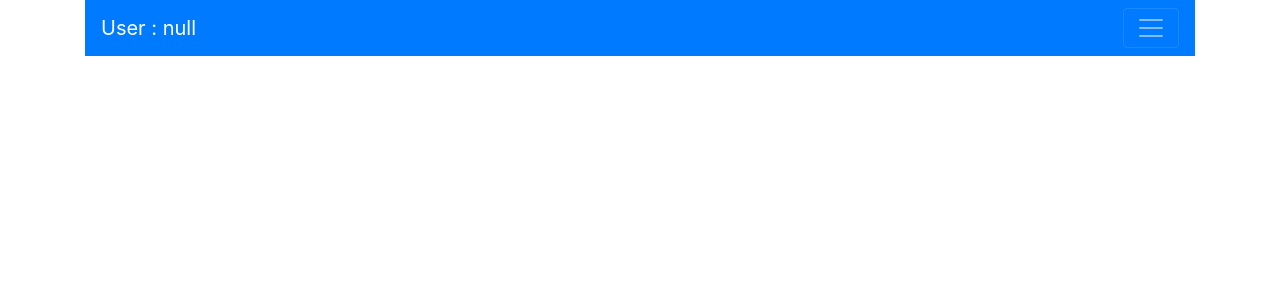
Repository: SachinUthpala/Railway-Reservation
Page: http://localhost/Railway/Reserve/myReservation.jsp
The author's editor kept a copy of each file at every save. The page is drawn from the files as they stood at one save, then again after the next save.
The browser window is 1280 px wide. The pictures show the whole page.
Some web libraries are served in a nearby version. The page is served by Tomcat 9.

Above is the page before, as saved 2023-05-21 06:28:44.

After the next save:
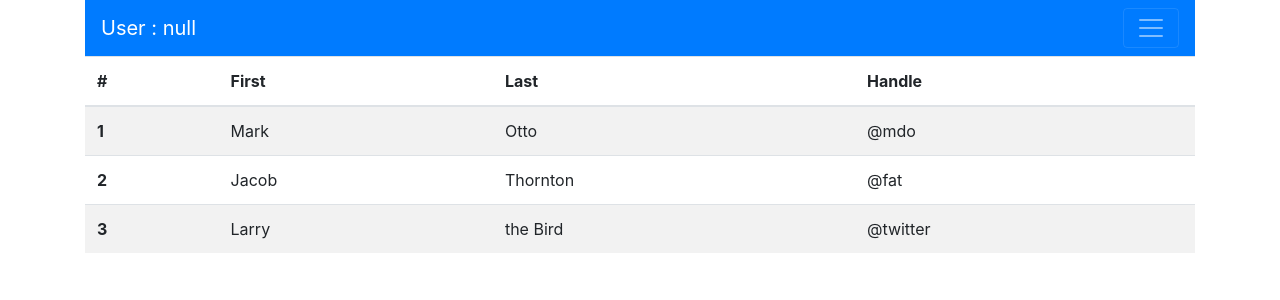
Saved 2 min 7 s later.
--- a/Railway/src/main/webapp/Reserve/myReservation.jsp
+++ b/Railway/src/main/webapp/Reserve/myReservation.jsp
@@ -44,7 +44,42 @@
 
 <!-- End of Nav Bar -->
 
+<div class="container">
 
+<table class="table table-striped">
+  <thead>
+    <tr>
+      <th scope="col">#</th>
+      <th scope="col">First</th>
+      <th scope="col">Last</th>
+      <th scope="col">Handle</th>
+    </tr>
+  </thead>
+  <tbody>
+    <tr>
+      <th scope="row">1</th>
+      <td>Mark</td>
+      <td>Otto</td>
+      <td>@mdo</td>
+    </tr>
+    <tr>
+      <th scope="row">2</th>
+      <td>Jacob</td>
+      <td>Thornton</td>
+      <td>@fat</td>
+    </tr>
+    <tr>
+      <th scope="row">3</th>
+      <td>Larry</td>
+      <td>the Bird</td>
+      <td>@twitter</td>
+    </tr>
+  </tbody>
+</table>
+
+
+
+</div>
 
 
 
